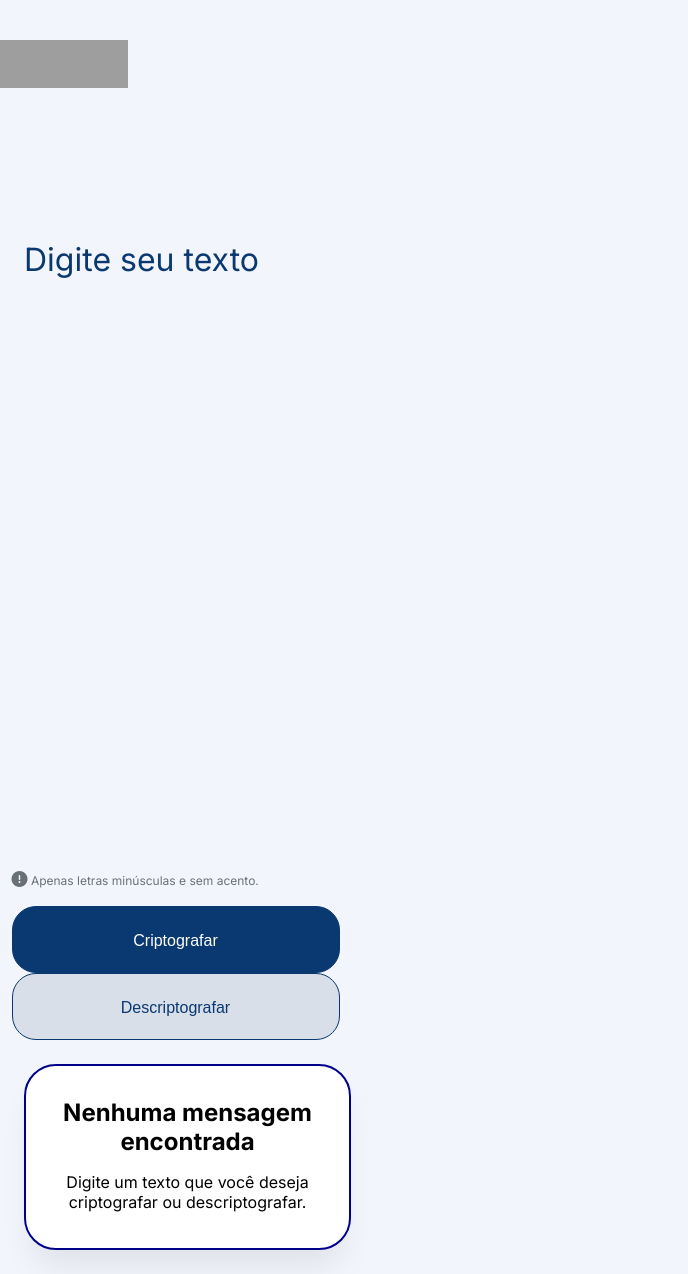
Repository: CarlosEduardoVdeOliveira/descodificador-de-texto
Page: index.html
The author's editor kept a copy of each file at every save. The page is drawn from the files as they stood at one save, then again after the next save.
The browser window is 375 px wide. The page is 680 px wide, then 688 px, so the pictures cover 688 px, including what lies to the right of the window. The pictures show the whole page.
Pictures or frames that could not be fetched are drawn as grey boxes.

Above is the page before, as saved 2023-04-13 08:40:50.

### index.html
<!DOCTYPE html>
<html lang="en">
<head>
   <meta charset="UTF-8">
   <link rel="preconnect" href="https://fonts.googleapis.com">
   <link rel="preconnect" href="https://fonts.gstatic.com" crossorigin>
   <meta http-equiv="X-UA-Compatible" content="IE=edge">
   <meta name="viewport" content="width=device-width, initial-scale=1.0">
   <link href="https://fonts.googleapis.com/css2?family=Inter:wght@400;700&display=swap" rel="stylesheet">
   <link rel="stylesheet" href="https://cdnjs.cloudflare.com/ajax/libs/font-awesome/6.4.0/css/all.min.css" integrity="sha512-iecdLmaskl7CVkqkXNQ/ZH/XLlvWZOJyj7Yy7tcenmpD1ypASozpmT/E0iPtmFIB46ZmdtAc9eNBvH0H/ZpiBw==" crossorigin="anonymous" referrerpolicy="no-referrer" />
   <link rel="stylesheet" href="/public/styles/reset.css">
   <link rel="stylesheet" href="/public/styles/index.css">
   <link rel="stylesheet" href="/public/styles/tablet.css">
   <link rel="stylesheet" href="/public/styles/mobile.css">
   <title>Decodificador</title>
</head>
<body>
   <main>
      <img src="/public/images/imageLogo.png"
         alt="letra a da logo da escola de programação Alura">
      <div class="frist-area">
         <textarea class="textarea-input" placeholder="Digite seu texto" autofocus></textarea>
         <div class="info">
            <span>
               <i class="fa-solid fa-circle-exclamation"></i>
               Apenas letras minúsculas e sem acento.
            </span>
            <div class="info-group-button">
               <button class="button-cryptography">Criptografar</button>
               <button class="button-decryption">Descriptografar</button>
            </div>
         </div>
      </div>
      <div class="text-cryption">
         <img src="/public/images/imageHighLight.svg" alt="">
         <div>
            <h2>Nenhuma mensagem encontrada</h2>
            <p>
               Digite um texto que você deseja criptografar ou descriptografar.
            </p>
         </div>
      </div>
   </main>
   <script src="/public/scripts/index.js"></script>
</body>
</html>

### public/styles/reset.css
:root{
   --light-gray: #D8DFE8;
   --gray-100: #CED4DA;
   --gray-200: #ADB5BD;
   --gray-300: #868E96;
   --gray-400: #495057;
   --gray-500: #343A40;
   --light-blue-100: #F3F5FC;
   --light-blue-200: #EFF1FA;
   --light-blue-300: #E9ECF8;
   --light-blue-400: #AAB2D5;
   --light-blue-500: #757FB2;
   --dark-blue-100: #609ED4;
   --dark-blue-200: #356EA9;
   --dark-blue-300: #0A3871;
   --dark-blue-400: #072B61;
   --dark-blue-500: #052051;
}
*{
   margin: 0;
   padding: 0;
   box-sizing: border-box;
}

html{
   font-family:  'Inter', sans-serif;
   font-size: 1rem;
}

### public/styles/index.css
/* header{
   width: 100%;
   height: 2.5rem;
} */
body{
   background-color: var(--light-blue-100);
}
img{
   width: 8rem;
   height: 3rem;
   margin-top: 2.5rem;
}
main {
   display: flex;
   justify-content: space-around;
   align-items: self-start;
   margin: 0 auto;
}
.frist-area{
   display: flex;
   flex-direction: column;
   margin-top: 7.5rem;
}
textarea.textarea-input{
   width: 42.5rem;
   height: 39.68rem;
   font-family: 'Inter';
   font-size: 32px;
   line-height: 150%;
   background-color: var(--light-blue-100);
   color: var(--dark-blue-300);
   border: none;
   resize: none;
   margin-bottom: 1.5rem;
   padding: 1.5rem;
}
textarea.textarea-input:focus{
   outline: 0;
}

textarea.textarea-input::placeholder{
   color: var(--dark-blue-300);
}

i{
   color: var(--gray-400);
   font-size: 1rem;
}
span{
   font-size: 12px;
   color: var(--gray-400);
   line-height: 150%;
   opacity: 0.8;
   margin-bottom: 1rem;
}
button{
   padding: 1.5rem;
   gap: .5rem;
   width: 328px;
   height: 67px;
   border-radius: 1.5rem;
   cursor: pointer;
   font-size: 1rem;
   line-height: 19px;
   border: 1px solid var(--dark-blue-300);
   transition: all .2s;
}
.button-cryptography{
   background-color: var(--dark-blue-300);
   color: white;
   margin-right: 1.5rem;
}
.button-cryptography:hover{
   background-color: var(--dark-blue-400);
}
.button-decryption{
   background: var(--light-gray);
   color: var(--dark-blue-300);
}
.button-decryption:hover{
   background-color: var(--light-blue-200);
}
.text-cryption{
   width: 25rem;
   margin: 2.5rem;
   padding: 15.188rem 2rem;
   text-align: center;
   background-color: white;
   /* shadow */
   box-shadow: 0px 24px 32px -8px rgba(0, 0, 0, 0.08);
   border-radius: 32px;
}
.text-cryption img{
   width: 21rem;
   height: 19rem;
}
.text-cryption div{
   display: flex;
   flex-direction: column;

   margin-top: 2rem;
   padding: 0px;
   gap: 16px;
}
.format-text-cryption{
   /* padding: 2rem;
   position: relative; */

}

.button-copy-cryption{
   background-color: white;
}
.button-copy-cryption:hover{
   background-color: var(--light-blue-200);
}

### public/styles/tablet.css
@media (max-width: 768px) {
   main{
      display: block;
   }
   .textarea-input{
      margin: 0 auto;
   }
   .info{
      display: flex;
      flex-direction: column;
      margin: 0 auto;
   }
   .text-cryption{
      width: 43rem;
      height: 8.313rem;
      padding: 0;
      margin: 1.5rem auto;
   }
   .text-cryption img{
      display: none;
   }
}

### public/styles/mobile.css
@media (max-width: 375px) {
   .info-group-button{
      display: flex;
      flex-direction: column;
      margin: 0 auto;
   }
   .text-cryption{
      width: 20.438rem;
      height: 11.625rem;
      border: 2px solid darkblue;
      padding: 0;
      margin: 1.5rem auto;
   }
}

### public/scripts/index.js
const elementTextarea = document.querySelector("textarea.textarea-input");
const areaCryption = document.querySelector(".text-cryption");
const buttonCryptography = document.querySelector(".button-cryptography");
const buttonDecryption = document.querySelector(".button-decryption");


function alterTextCryptionArea(){
   areaCryption.classList.remove('text-cryption')
   areaCryption.innerHTML = `
      <p>${elementTextarea.value}</p>
      <button class="button-copy-cryption">Copiar</button>
   `;
}
/*
function copyText(){
   const text = document.querySelector("format-text-cryption")
   text.select();
   document.execCommand('copy');
} */
/* document.querySelector("button-copy-cryption").onclick = copyText */
buttonCryptography.onclick = alterTextCryptionArea
buttonDecryption.onclick = alterTextCryptionArea

After the next save:
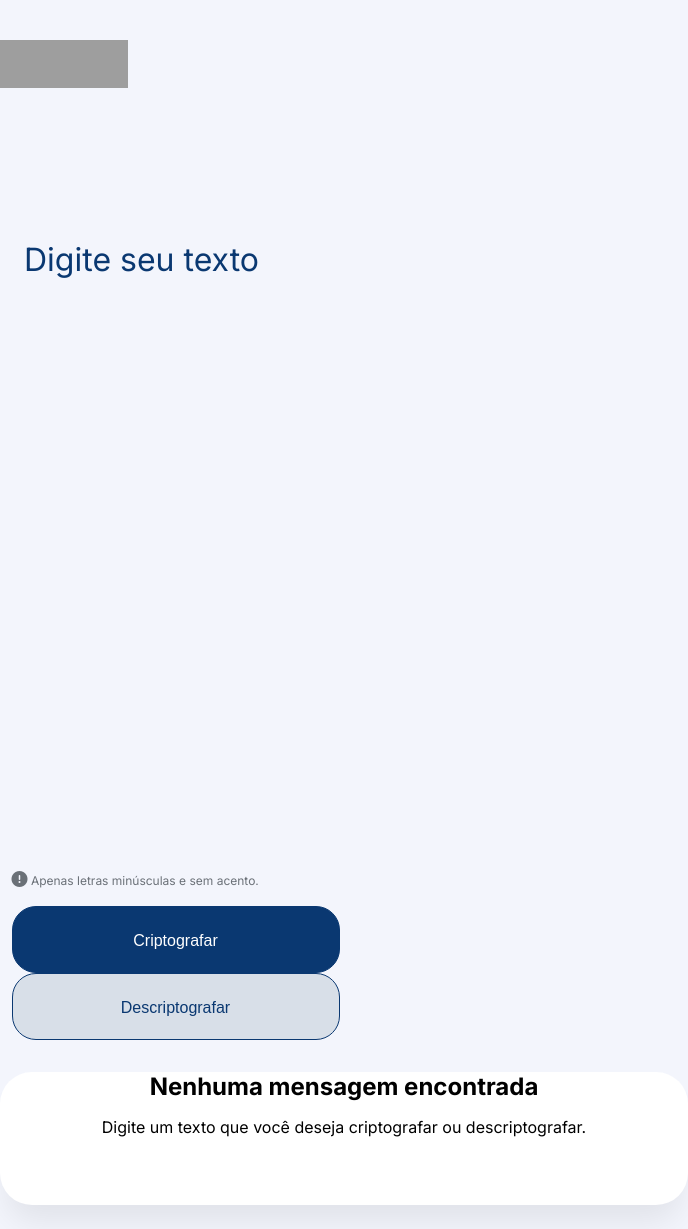
Saved 17 s later.
--- a/public/styles/mobile.css
+++ b/public/styles/mobile.css
@@ -5,10 +5,9 @@
       margin: 0 auto;
    }
    .text-cryption{
-      width: 20.438rem;
+     /*  width: 20.438rem;
       height: 11.625rem;
-      border: 2px solid darkblue;
       padding: 0;
-      margin: 1.5rem auto;
+      margin: 1.5rem auto; */
    }
 }
